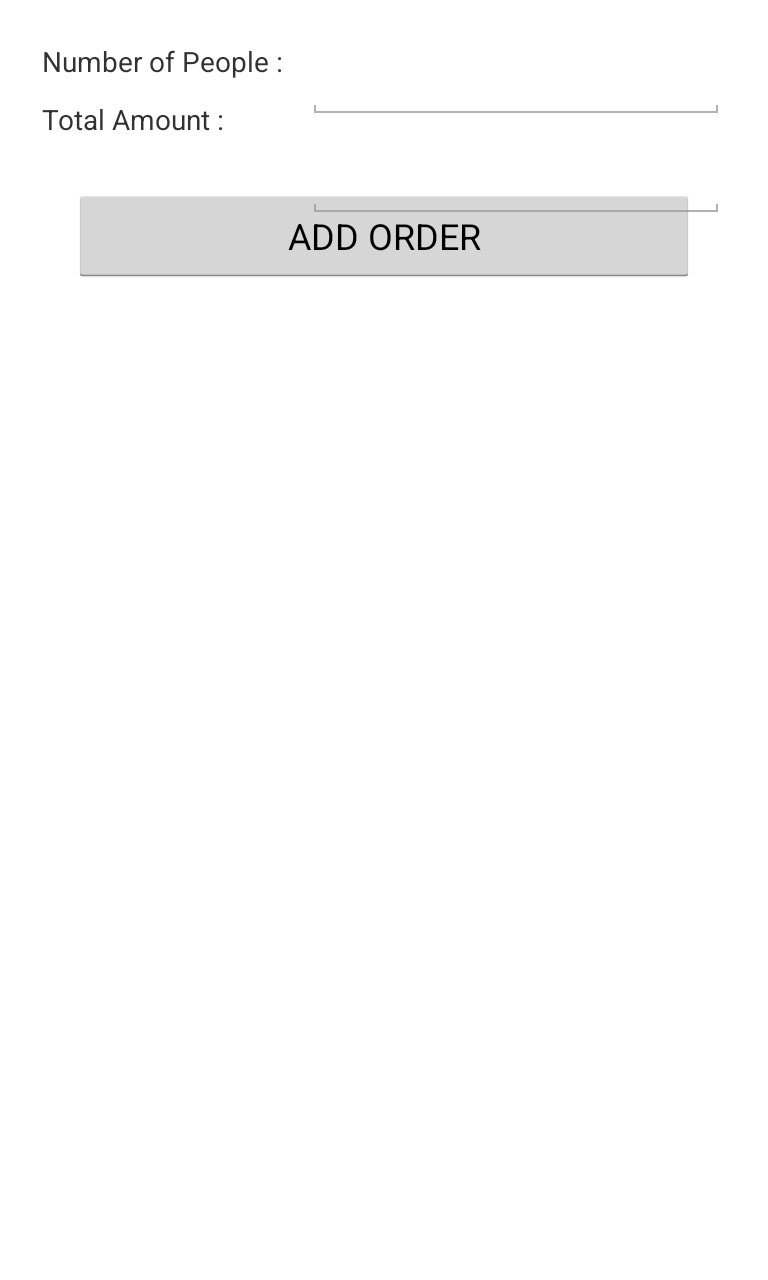
Repository: erenerdogan/ERMS
Layout: ERMSMobile/ERMS/res/layout/activity_try_recommendation.xml
These files come from the project's save history. The layout is drawn as it stood at one moment and after the next save; the edit follows.
It is drawn on a 768 x 1280 px phone screen (xhdpi) without system bars, with theme AppTheme; the app's code is not run.

Above is the layout before, as saved 2013-12-21 19:21:17.

After the next save:
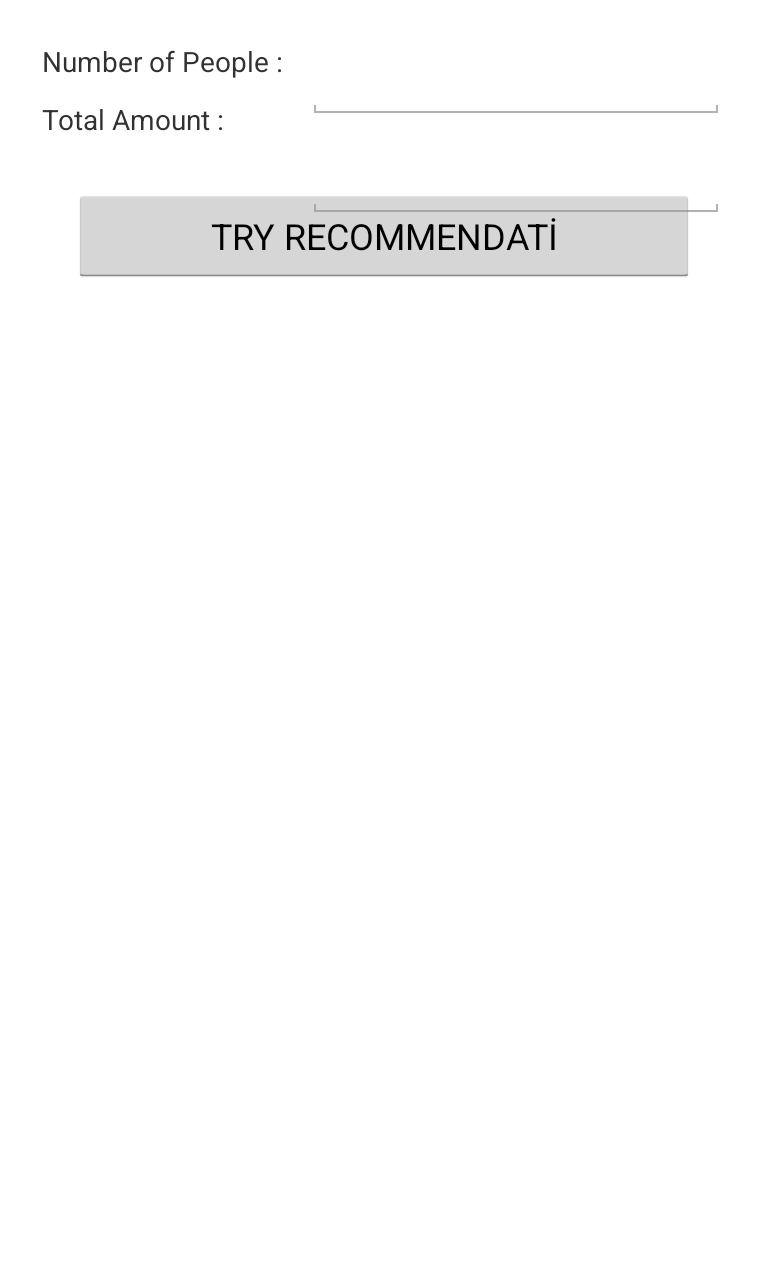
Saved 2 min 20 s later.
--- a/ERMSMobile/ERMS/res/layout/activity_try_recommendation.xml
+++ b/ERMSMobile/ERMS/res/layout/activity_try_recommendation.xml
@@ -10,7 +10,7 @@
 
     <TextView
         android:id="@+id/tryPeople"
-        android:layout_width="fill_parent"
+        android:layout_width="wrap_content"
         android:layout_height="wrap_content"
         android:layout_alignParentLeft="true"
         android:layout_margin="5dip"
@@ -29,7 +29,7 @@
 
     <TextView
         android:id="@+id/tryAmount"
-        android:layout_width="fill_parent"
+        android:layout_width="wrap_content"
         android:layout_height="wrap_content"
         android:layout_alignParentLeft="true"
         android:layout_below="@+id/tryPeople"
@@ -54,6 +54,6 @@
         android:layout_height="wrap_content"
         android:layout_below="@+id/tryAmount"
         android:layout_margin="20dip"
-        android:text="ADD ORDER" />
+        android:text="TRY RECOMMENDATİ" />
 
 </RelativeLayout>
